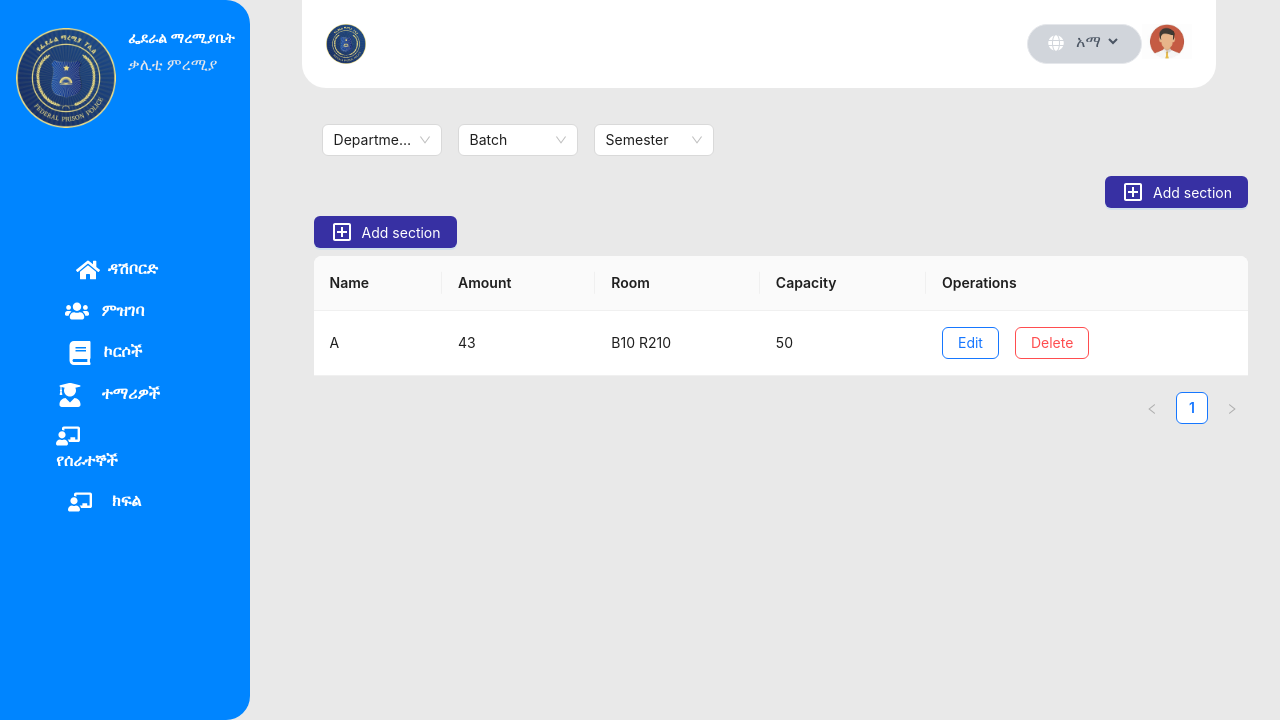
Repository: Yigoya/federal-prison-education-ms-frontend
Page: /classroom
These files come from the project's save history. The page is drawn as it stood at one moment and after the next save; the edit follows.
The browser window is 1280 px wide. The pictures show the whole page.
The project was rebuilt for these pictures with package versions that can differ from the ones it lists, and the page was loaded fresh each time. Also part of the build but not shown: vite.config.js, src/App.css, src/pages/DashBoard.jsx, src/pages/Register.jsx, src/pages/Courses.jsx, src/layout/AuthLayout.jsx, src/pages/Login.jsx, src/pages/Teachers.jsx and 3 more. Imported but missing from the stored project, and not drawn on this page: src/pages/Students.

Above is the page before, as saved 2024-07-04 21:57:46.

After the next save:
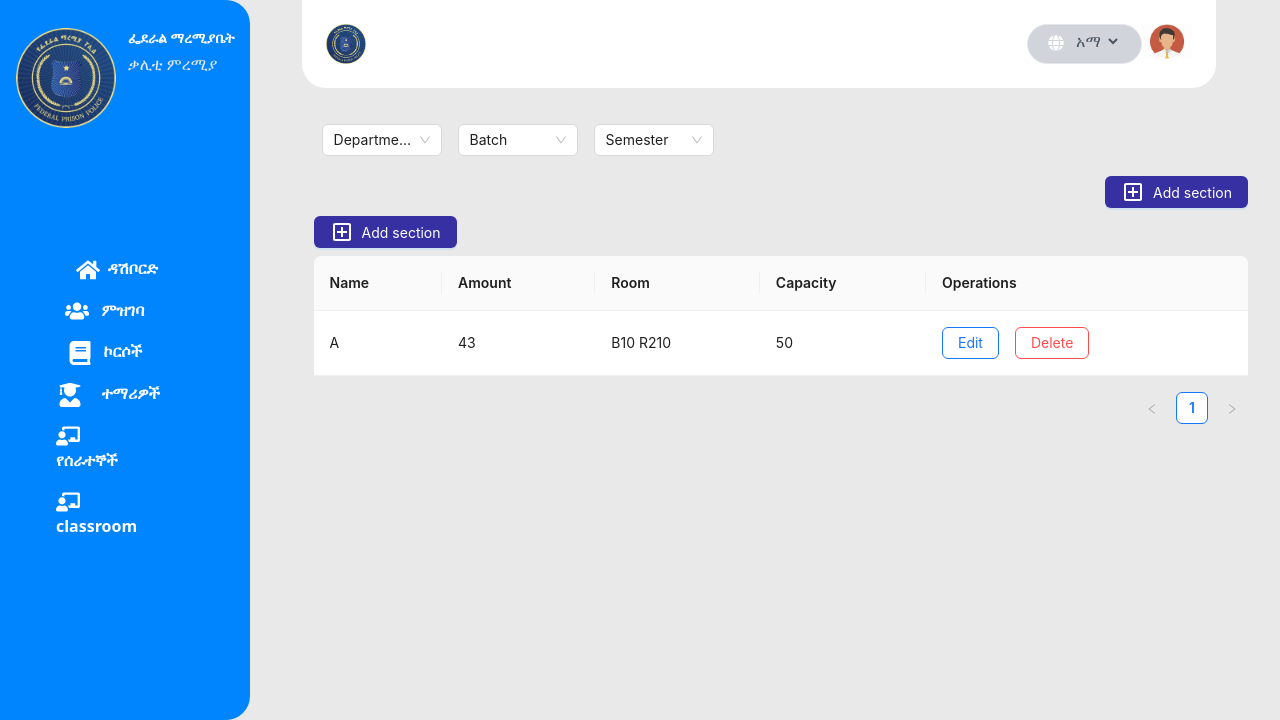
Saved 116 s later.
--- a/src/i18n.js
+++ b/src/i18n.js
@@ -78,7 +78,6 @@
           "login": "ግባ",
           "admin": "አድሚን",
           "courses":"ኮርሶች",
-          "classroom": "ክፍል",
           "id": "መለያ ቁጥር ያስገቡ",
           "password": "ሚስጥር ቁጥር ያስገቡ",
           "fpassword": "ሚስጥር ቁጥርኦትን ",
@@ -142,7 +141,11 @@
             "Fname": "ስም",
             "Lname": "አባት ስም",
             "ID": "መለያ ቁጥር",
-            "entereth" :"ዜግነት ይምረጡ"
+            "start": "እስር ምጀመሪያ",
+            "end": "እስር ማለቂያ",
+            "parole":"በአመክሮ እስር",
+            "entereth" :"ዜግነት ይምረጡ",
+
         }
     },
     },

After the 6 saves that followed:
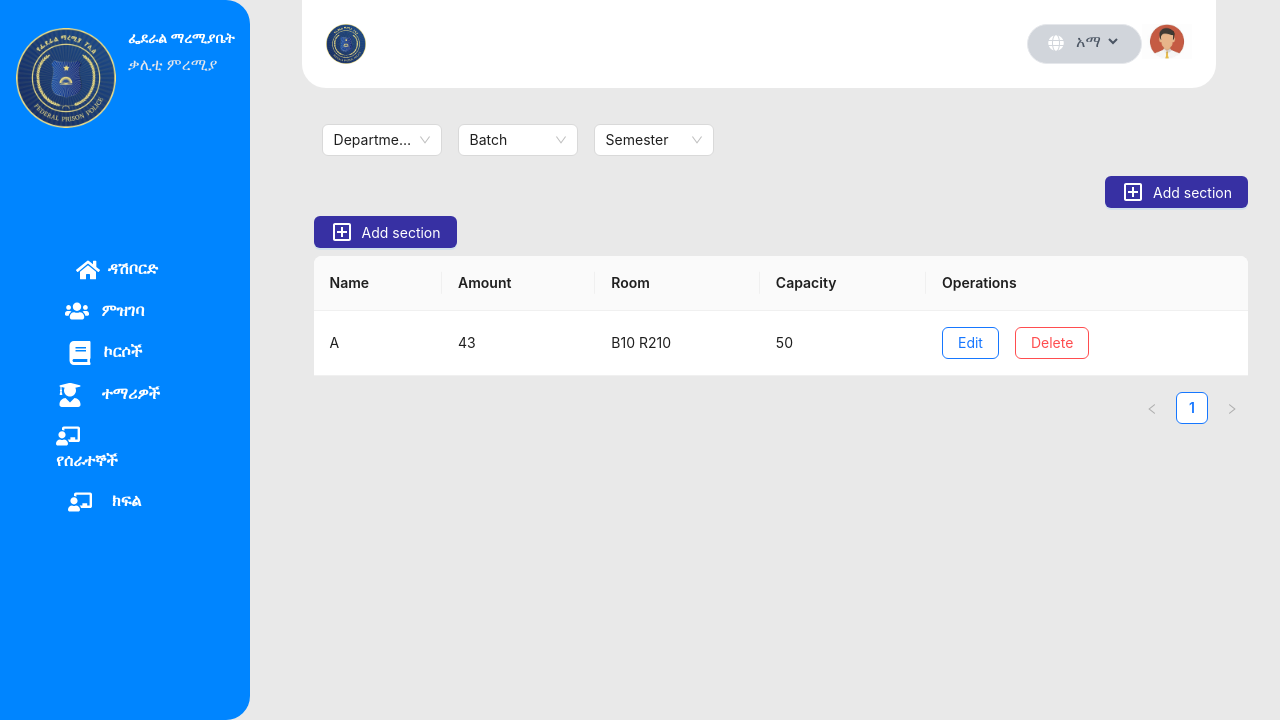
The 6 saves are shown as one change because they came seconds apart.
The last was saved 12 s later.
--- a/src/i18n.js
+++ b/src/i18n.js
@@ -145,7 +145,7 @@
             "end": "እስር ማለቂያ",
             "parole":"በአመክሮ እስር",
             "entereth" :"ዜግነት ይምረጡ",
-
+            "classroom": "ክፍል"
         }
     },
     },
